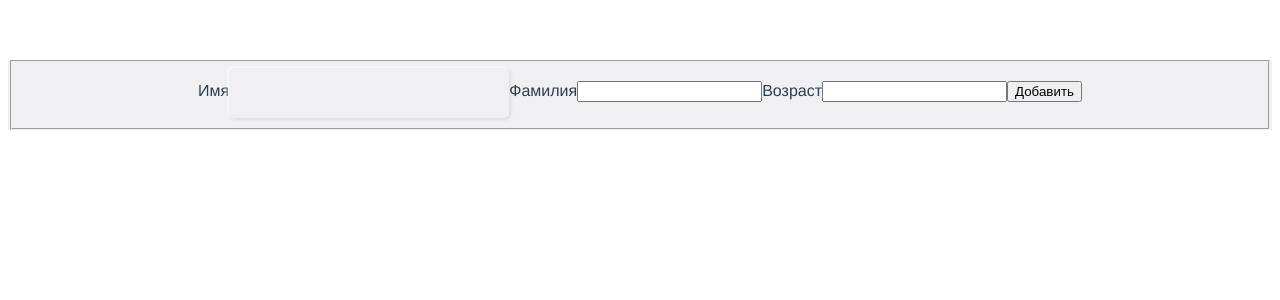
Repository: shum89/test-vue-table
Page: /
The author's editor kept a copy of each file at every save. The page is drawn from the files as they stood at one save, then again after the next save.
The browser window is 1280 px wide. The pictures show the whole page.
The project was rebuilt for these pictures with package versions that can differ from the ones it lists, and the page was loaded fresh each time. Also part of the build but not shown: vue.config.js.

Above is the page before, as saved 2021-07-18 14:06:05.

### src/App.vue
<template>
  <Form @submit="addData" />
  <Table @remove="removeData" :list="list" />
</template>
<script>
import { uuid } from 'vue-uuid';
import { ref } from 'vue';
import Form from './components/Form.vue';
import Table from './components/Table.vue';

export default {
  components: { Form, Table },
  setup() {
    const list = ref([]);

    const normalizeString = (str) => {
      const result = str.charAt(0).toUpperCase() + str.slice(1).toLowerCase();
      return result;
    };

    const addData = (person) => {
      list.value.push({
        firstName: normalizeString(person.firstName),
        lastName: normalizeString(person.lastName),
        age: person.age,
        id: uuid.v1(),
      });
    };

    const removeData = (id) => {
      list.value = list.value.filter((i) => i.id !== id);
    };

    return {
      list,
      addData,
      removeData,
    };
  },
};
</script>
<script></script>

<style>
#app {
  font-family: Avenir, Helvetica, Arial, sans-serif;
  -webkit-font-smoothing: antialiased;
  -moz-osx-font-smoothing: grayscale;
  text-align: center;
  color: #2c3e50;
  margin-top: 60px;
  background: #f0f0f3;
  box-sizing: border-box;
}
.table__row-group {
  display: flex;
  align-items: center;
  flex-direction: column;
}
.table__row {
  display: grid;
  gap: 5px;
  grid-template-columns: repeat(3, 1fr);
  justify-content: center;
  max-width: 500px;
  width: 100%;
}
</style>

### src/components/Form.vue
<template>
  <form @submit.prevent="onSubmit">
    <fieldset>
      <label for="firstName">
        <span>Имя</span>
        <input class="form__input" v-model="person.firstName" type="text" id="firstName" />
      </label>

      <label for="lastName">
        <span>Фамилия</span>
        <input v-model="person.lastName" type="text" id="lastName" />
      </label>
      <label for="age">
        <span>Возраст</span>
        <input v-model="person.age" type="number" id="age" />
      </label>
      <button type="submit">Добавить</button>
    </fieldset>
  </form>
</template>

<script>
import { reactive } from 'vue';

export default {
  setup(_, { emit }) {
    const person = reactive({
      firstName: '',
      lastName: '',
      age: '',
    });
    const onSubmit = () => {
      emit('submit', person);
    };

    return { onSubmit, person };
  },

  name: 'Form',
  inheritAttrs: false,
};
</script>

<style scoped>
.form__input {
  border: none;
  appearance: none;
  width: 100%;
  max-width: 250px;
  border-radius: 10px;
  font-size: 10px;
  line-height: 20px;
  min-height: 30px;
  padding: 10px 15px;
  background: #f0f0f3;
  box-shadow: -1px -1px 3px #ffffff, 1.5px 1.5px 3px rgba(174, 174, 192, 0.4);
  border-radius: 5px;
  border-color: transparent;
}
.form__input:focus-within {
  box-shadow: inset 1px 1px 3px #ffffff, inset -1.5px -1.5px 6px rgba(174, 174, 192, 0.4),
    1px 1px 6px #ffffff, -1px -1px 6px rgba(174, 174, 192, 0.4);
  border: 2px solid #88a1b7;
  outline: 0;
}
</style>

### src/components/Table.vue
<template>
  <div v-if="list.length > 0" class="table" role="grid" aria-colcount="3">
    <div class="table__row-group" role="rowgroup">
      <div class="table__row" role="row">
        <span role="columnheader" aria-colindex="1">First Name</span>
        <span role="columnheader" aria-colindex="2">Last Name</span>
        <span role="columnheader" aria-colindex="3">Age</span>
      </div>
    </div>
    <div class="table__row-group" role="rowgroup">
      <div class="table__row" v-for="listItems in list" :key="listItems.id" role="row">
        <div aria-colindex="1" role="gridcell">
          <span> {{ listItems.firstName }}</span>
        </div>
        <div aria-colindex="2" role="gridcell">
          <span> {{ listItems.lastName }}</span>
        </div>
        <div aria-colindex="3" role="gridcell">
          <span>{{ listItems.age }}</span>
        </div>
        <button @click="removeData(listItems.id)">X</button>
      </div>
    </div>
  </div>
</template>

<script>
export default {
  props: {
    list: Array,
  },
  setup(_, { emit }) {
    const removeData = (id) => {
      emit('remove', id);
    };
    return { removeData };
  },
  name: 'Table',
};
</script>

<style></style>

Loaded but not shown: public/index.html (common file); src/main.js (common file)

After the next save:
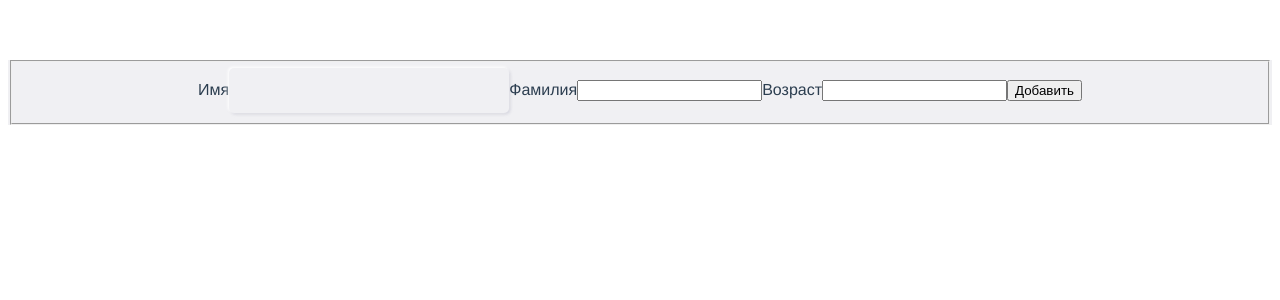
Saved 5 s later.
--- a/src/components/Form.vue
+++ b/src/components/Form.vue
@@ -48,9 +48,9 @@ export default {
   width: 100%;
   max-width: 250px;
   border-radius: 10px;
-  font-size: 10px;
+  font-size: 15px;
   line-height: 20px;
-  min-height: 30px;
+  min-height: 25px;
   padding: 10px 15px;
   background: #f0f0f3;
   box-shadow: -1px -1px 3px #ffffff, 1.5px 1.5px 3px rgba(174, 174, 192, 0.4);
